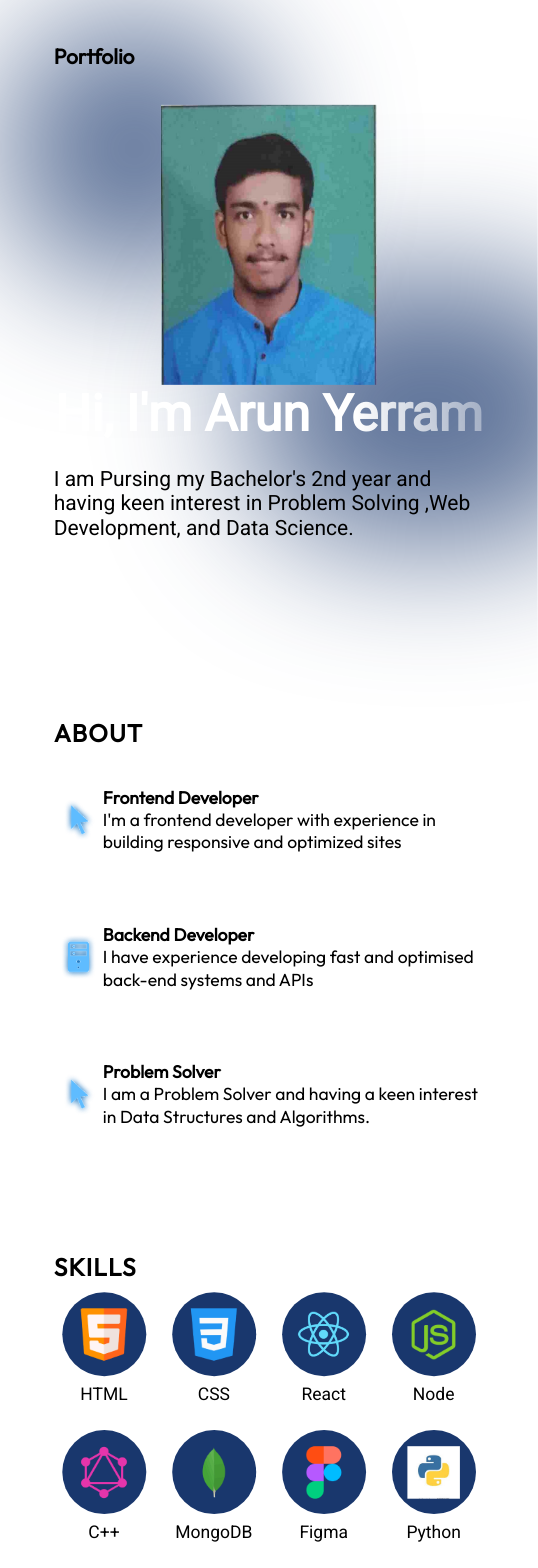
Repository: ARUN-YERRAM/Arun-Yerram-s-Portfolio-Website
Page: /
The author's editor kept a copy of each file at every save. The page is drawn from the files as they stood at one save, then again after the next save.
The browser window is 768 px wide. The pictures show the part of the page from y = 0 to 2240 px (the page is 4448 px tall), at 70% of full size.
The project was rebuilt for these pictures with package versions that can differ from the ones it lists, and the page was loaded fresh each time. Also part of the build but not shown: vite.config.js.

Above is the page before, as saved 2024-07-07 00:19:46.

After the next save:
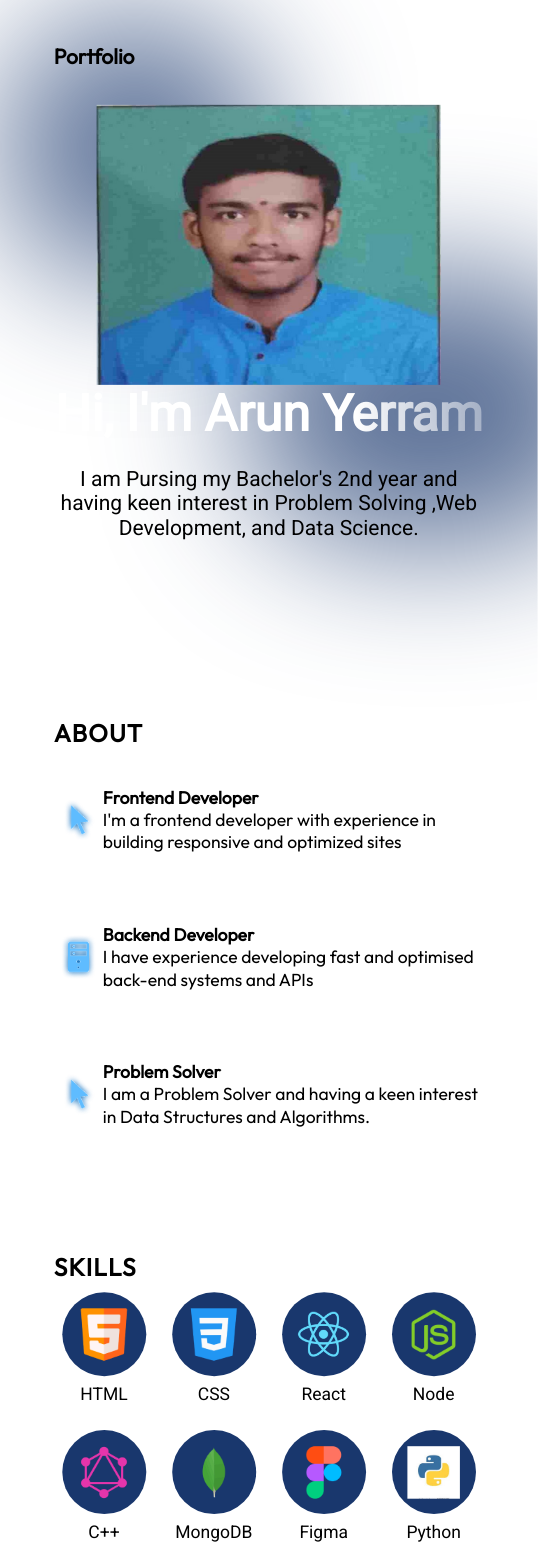
Saved 39 s later.
--- a/docs/components/Hero/Hero.module.css
+++ b/docs/components/Hero/Hero.module.css
@@ -1,7 +1,5 @@
 /* @import ".../vars.css"; */
-
 @import '../../vars.css';
-
 
 .container {
   position: relative;
@@ -34,12 +32,14 @@
   );
   -webkit-text-fill-color: transparent;
   -webkit-background-clip: text;
+  transition: color 0.3s ease-in-out; /* Smooth text color transition */
 }
 
 .description {
   font-size: 30px;
   font-family: var(--font-roboto);
   margin-bottom: 52px;
+  transition: color 0.3s ease-in-out; /* Smooth text color transition */
 }
 
 .contactBtn {
@@ -51,6 +51,12 @@
   font-weight: 600;
   padding: 17px 26px;
   box-shadow: 0 0 4px 0 rgba(0, 0, 0, 0.25);
+  transition: background-color 0.3s ease-in-out, transform 0.2s ease-in-out; /* Smooth background and transform transition */
+}
+
+.contactBtn:hover {
+  background-color: var(--color-primary-dark); /* Darker color on hover */
+  transform: scale(1.05); /* Slightly scale up on hover */
 }
 
 .heroImg {
@@ -110,5 +116,10 @@
 
   .content {
     align-items: center;
+    text-align: center; /* Center align content on smaller screens */
+  }
+
+  .heroImg {
+    width: 80%; /* Adjust image width for smaller screens */
   }
 }
